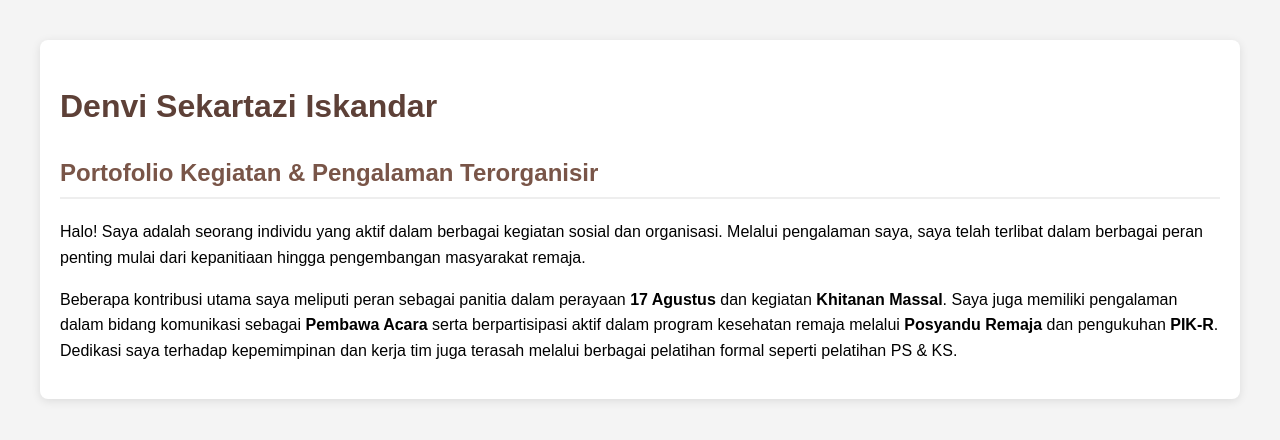
Repository: rufi1126/241552010002-Web-Application-Development
Page: p-2/latihan1.html
The author's editor kept a copy of each file at every save. The page is drawn from the files as they stood at one save, then again after a run of saves.
The browser window is 1280 px wide. The pictures show the whole page.

Above is the page before, as saved 2026-02-27 17:21:08.

### p-2/latihan1.html
<!DOCTYPE html>
<html lang="id">
<head>
    <meta charset="UTF-8">
    <meta name="viewport" content="width=device-width, initial-scale=1.0">
    <title>Portofolio Muhammad Ma'rufil Kurhi</title>
    <style>
        body {
            font-family: Arial, sans-serif;
            line-height: 1.6;
            margin: 40px;
            background-color: #f4f4f4;
        }
        .container {
            background: white;
            padding: 20px;
            border-radius: 8px;
            box-shadow: 0 2px 10px rgba(0,0,0,0.1);
        }
        h1 {
            color: #5d4037;
        }
        h2 {
            color: #795548;
            border-bottom: 2px solid #eee;
            padding-bottom: 5px;
        }
    </style>
</head>
<body>

    <div class="container">
        <h1>Denvi Sekartazi Iskandar</h1>
        <h2>Portofolio Kegiatan & Pengalaman Terorganisir</h2>

        <p>
            Halo! Saya adalah seorang individu yang aktif dalam berbagai kegiatan sosial dan organisasi.
            Melalui pengalaman saya, saya telah terlibat dalam berbagai peran penting mulai dari kepanitiaan
            hingga pengembangan masyarakat remaja.
        </p>

        <p>
            Beberapa kontribusi utama saya meliputi peran sebagai panitia dalam perayaan <strong>17 Agustus</strong>
            dan kegiatan <strong>Khitanan Massal</strong>. Saya juga memiliki pengalaman dalam bidang komunikasi
            sebagai <strong>Pembawa Acara</strong> serta berpartisipasi aktif dalam program kesehatan remaja melalui
            <strong>Posyandu Remaja</strong> dan pengukuhan <strong>PIK-R</strong>. Dedikasi saya terhadap kepemimpinan
            dan kerja tim juga terasah melalui berbagai pelatihan formal seperti pelatihan PS & KS.
        </p>
    </div>

</body>
</html>

After the next 2 saves:
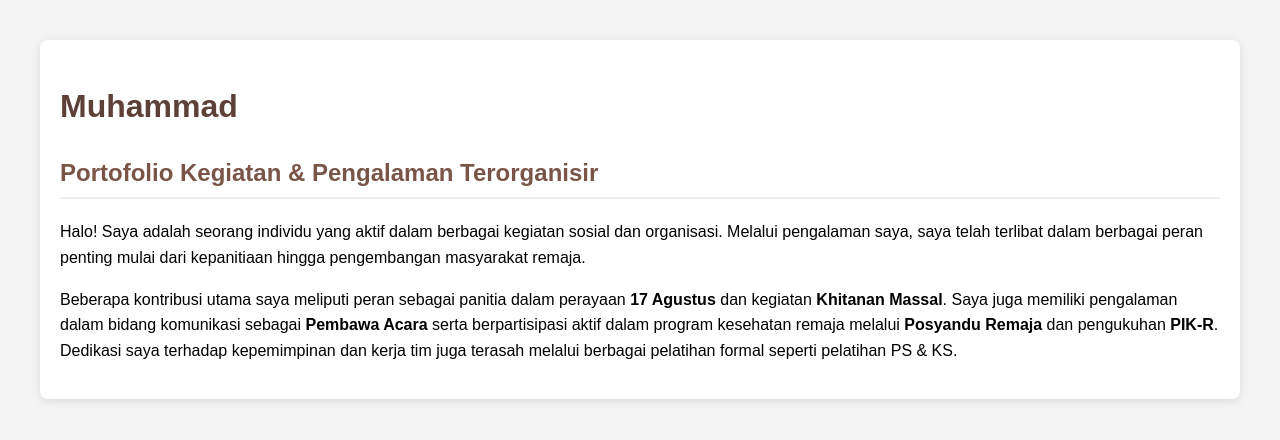
The 2 saves are shown as one change because they came seconds apart.
The last was saved 16 s later.
--- a/p-2/latihan1.html
+++ b/p-2/latihan1.html
@@ -30,7 +30,7 @@
 <body>
 
     <div class="container">
-        <h1>Denvi Sekartazi Iskandar</h1>
+        <h1>Muhammad </h1>
         <h2>Portofolio Kegiatan & Pengalaman Terorganisir</h2>
 
         <p>
